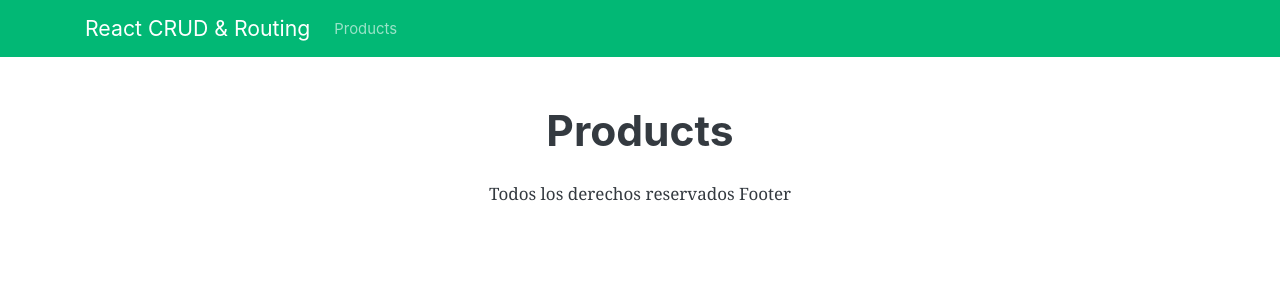
Repository: harrycampaz/router-reactjs
Page: /products
These files come from the project's save history. The page is drawn as it stood at one moment and after the next save; the edit follows.
The browser window is 1280 px wide. The pictures show the whole page.
The project was rebuilt for these pictures with package versions that can differ from the ones it lists, and the page was loaded fresh each time. Also part of the build but not shown: src/components/Product/AddProduct.js, src/components/Product/EditProduct.js, src/components/Product/Product.js.

Above is the page before, as saved 2020-01-24 20:59:35.

### public/index.html
<!DOCTYPE html>
<html lang="en">
  <head>
    <meta charset="utf-8" />
    <link rel="icon" href="%PUBLIC_URL%/favicon.ico" />
    <meta name="viewport" content="width=device-width, initial-scale=1" />
    <meta name="theme-color" content="#000000" />
    <meta
      name="description"
      content="Web site created using create-react-app"
    />
    <link rel="apple-touch-icon" href="%PUBLIC_URL%/logo192.png" />
    <!--
      manifest.json provides metadata used when your web app is installed on a
      user's mobile device or desktop. See https://developers.google.com/web/fundamentals/web-app-manifest/
    -->
    <link rel="manifest" href="%PUBLIC_URL%/manifest.json" />
    <link rel="stylesheet" href="/css/bootstrap.min.css">
    <!--
      Notice the use of %PUBLIC_URL% in the tags above.
      It will be replaced with the URL of the `public` folder during the build.
      Only files inside the `public` folder can be referenced from the HTML.

      Unlike "/favicon.ico" or "favicon.ico", "%PUBLIC_URL%/favicon.ico" will
      work correctly both with client-side routing and a non-root public URL.
      Learn how to configure a non-root public URL by running `npm run build`.
    -->
    <title>React App</title>
  </head>
  <body>
    <noscript>You need to enable JavaScript to run this app.</noscript>
    <div id="root"></div>
    <!--
      This HTML file is a template.
      If you open it directly in the browser, you will see an empty page.

      You can add webfonts, meta tags, or analytics to this file.
      The build step will place the bundled scripts into the <body> tag.

      To begin the development, run `npm start` or `yarn start`.
      To create a production bundle, use `npm run build` or `yarn build`.
    -->
  </body>
</html>

### src/App.js
import React from 'react';

import { BrowserRouter as Router, Route, Switch } from 'react-router-dom';
import Products from './components/Product/Products';
import AddProduct from './components/Product/AddProduct';
import EditProduct from './components/Product/EditProduct';
import Product from './components/Product/Product';
import Header from './ui/Header';
import Footer from './ui/Footer';


function App() {
  return (
    <Router>
      <Header/>
      <main className="container mt-5">
        <Switch>
          <Route exact path ="/products" component={Products}/>
          <Route exact path ="/products/:id" component={Product}/>
          <Route exact path ="/add-product" component={AddProduct}/>
          <Route exact path ="/products/editar/:id" component={EditProduct}/>
        </Switch>
      </main>
      <Footer />
    </Router>

  );
}

export default App;

### src/components/Product/Products.js
import React from 'react';

function Products(props) {
    return (
        <h1 className="text-center">Products</h1>
    );
}

export default Products;

### src/ui/Header.js
import React from 'react';
import { Link } from 'react-router-dom';

const Header = (props) => (
    <nav className="navbar navbar-expand-lg navbar-dark bg-dark">
        <div className="container">
            <Link to="/products" className="navbar-brand">
                React CRUD & Routing
                </Link>
            <ul className="navbar-nav mr-auto">
                <li className="nav-item">
                <Link to="/products" className="nav-link">
                    Products
                </Link>
                </li>
            </ul>
        </div>
    </nav>
);

export default Header;

### src/ui/Footer.js
import React from 'react';

const Footer = (props) => (
            <div>
                <p className="mt-4 p2 text-center">
                Todos los derechos reservados Footer </p>
            </div>
    );

export default Footer;

Loaded but not shown: src/index.js (common file); src/index.css (common file); src/serviceWorker.js (common file); public/css/bootstrap.min.css (library)

After the next save:
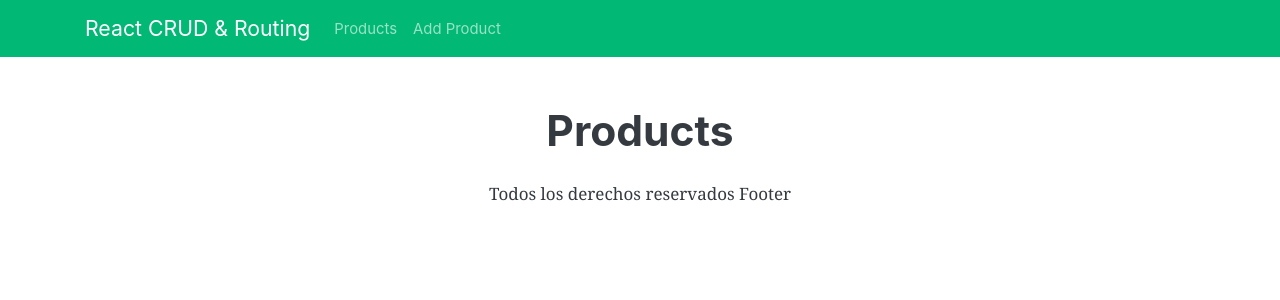
Saved 31 s later.
--- a/src/ui/Header.js
+++ b/src/ui/Header.js
@@ -13,6 +13,11 @@ const Header = (props) => (
                     Products
                 </Link>
                 </li>
+                <li className="nav-item">
+                <Link to="/add-products" className="nav-link">
+                    Add Product
+                </Link>
+                </li>
             </ul>
         </div>
     </nav>
